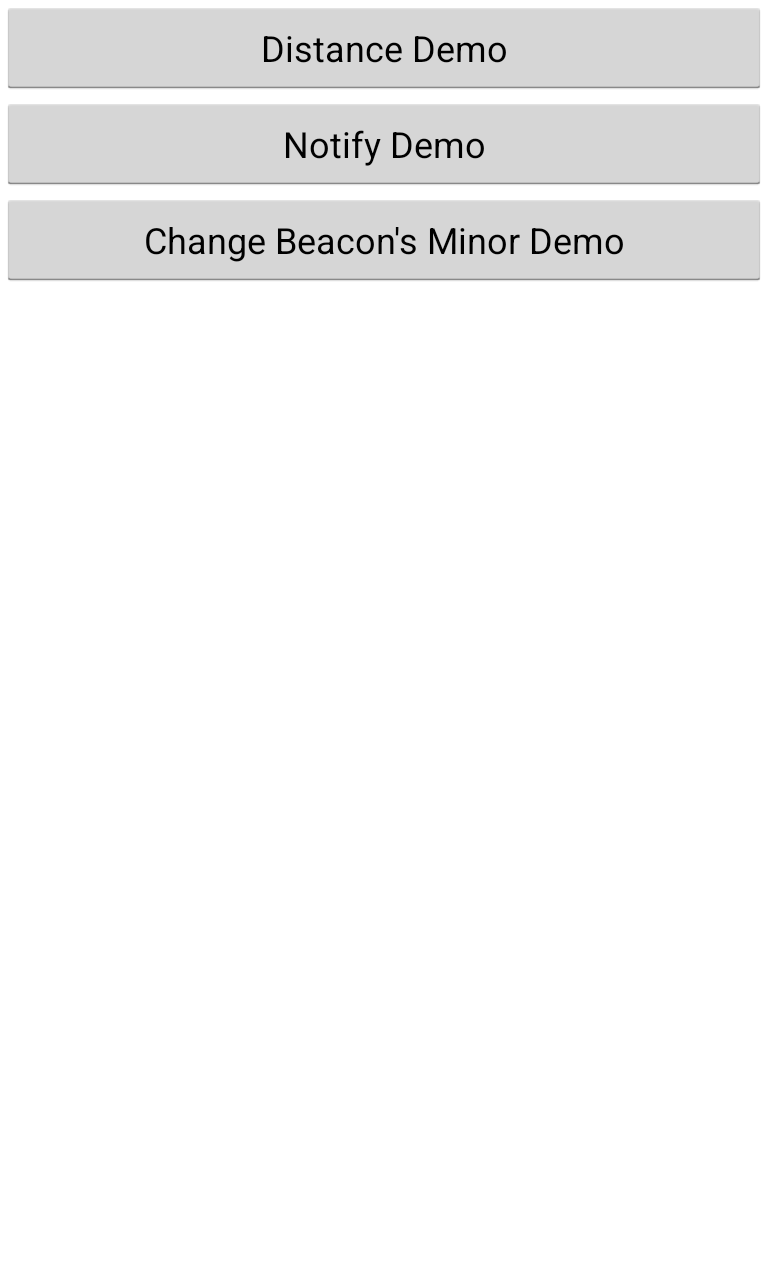
Repository: bregord/CloudOfHolding
Layout: CloudOfHolding/res/layout/all_demos.xml
These files come from the project's save history. The layout is drawn as it stood at one moment and after the next save; the edit follows.
It is drawn on a 768 x 1280 px phone screen (xhdpi) without system bars, with theme android:Theme.Holo.Light; the app's code is not run.

Above is the layout before, as saved 2014-09-20 20:52:08.

After the next save:
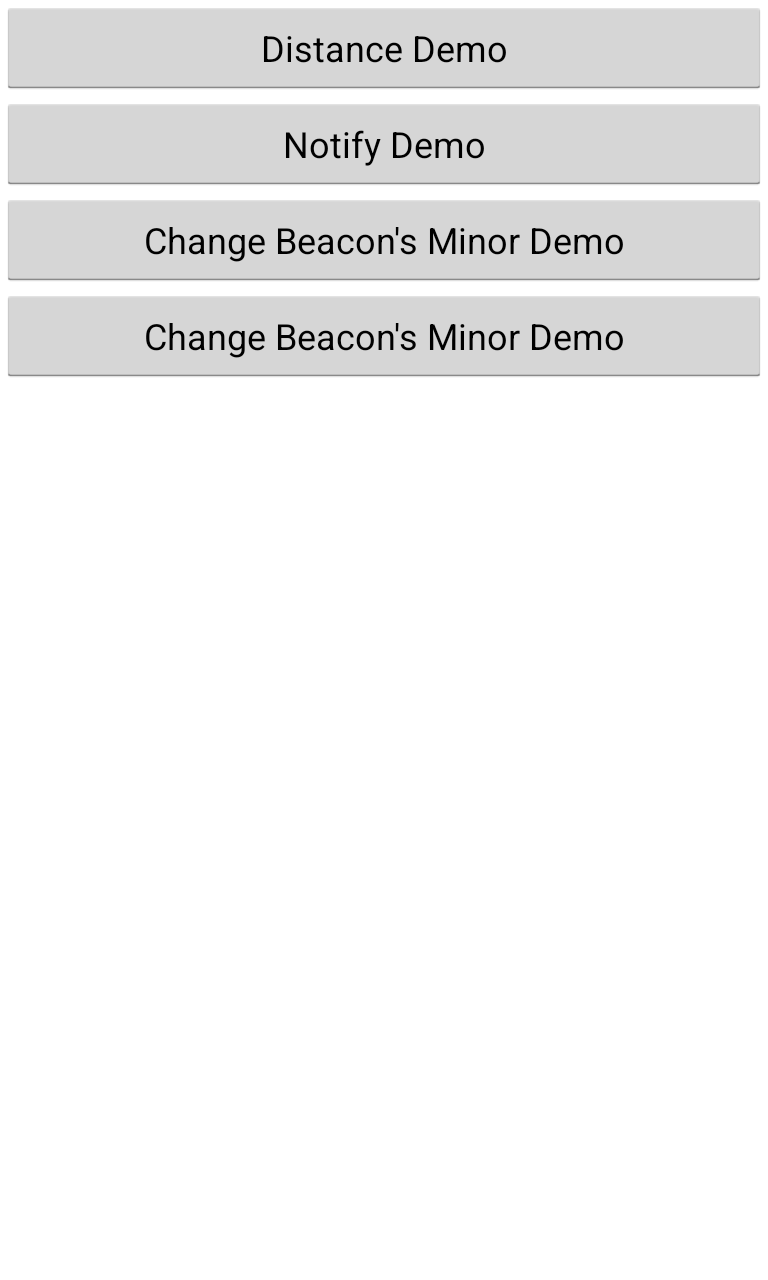
Saved 2 min 9 s later.
--- a/CloudOfHolding/res/layout/all_demos.xml
+++ b/CloudOfHolding/res/layout/all_demos.xml
@@ -23,4 +23,11 @@
       android:layout_height="wrap_content"
       android:text="Change Beacon's Minor Demo"/>
 
+  <Button
+      android:id="@+id/test_demo_button"
+      android:layout_width="match_parent"
+      android:layout_height="wrap_content"
+      android:text="Change Beacon's Minor Demo"/>
+
+
 </LinearLayout>
